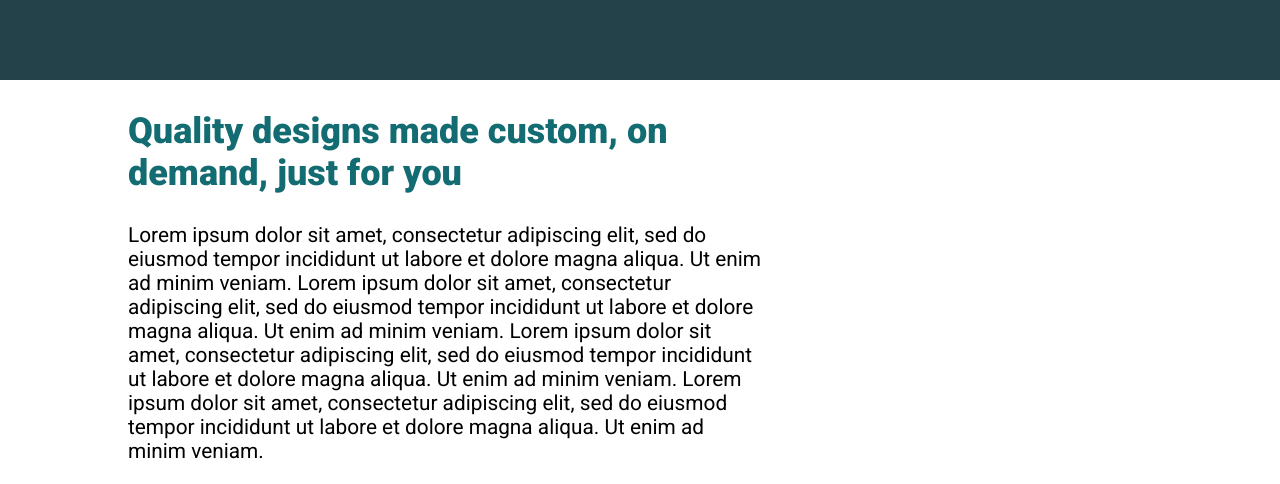
Repository: cipdanila/KP-CodePen-Home-Conquering-Responsive-Layouts-flexbox-challenge-2
Page: index.html
The author's editor kept a copy of each file at every save. The page is drawn from the files as they stood at one save, then again after the next save.
The browser window is 1280 px wide. The pictures show the part of the page from y = 456 to 972 px (the page is 940 px tall before and 972 px after).
A picture or video elsewhere on the page could not be fetched, so the positions and the page height are approximate.

Above is the page before, as saved 2024-03-28 20:59:33.

After the next save:
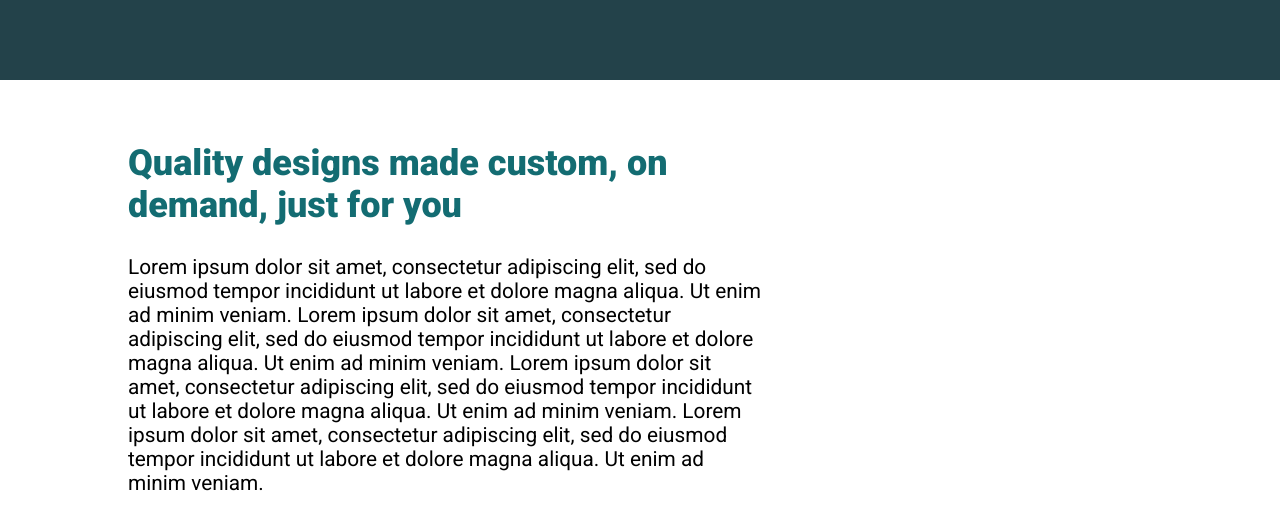
Saved 64 s later.
--- a/style.css
+++ b/style.css
@@ -64,6 +64,7 @@
     padding: 100px 0;
     background-color: #23424A;
     color: #FFF;
+    margin-bottom: 2rem;
 }
 
 .hero__text {
